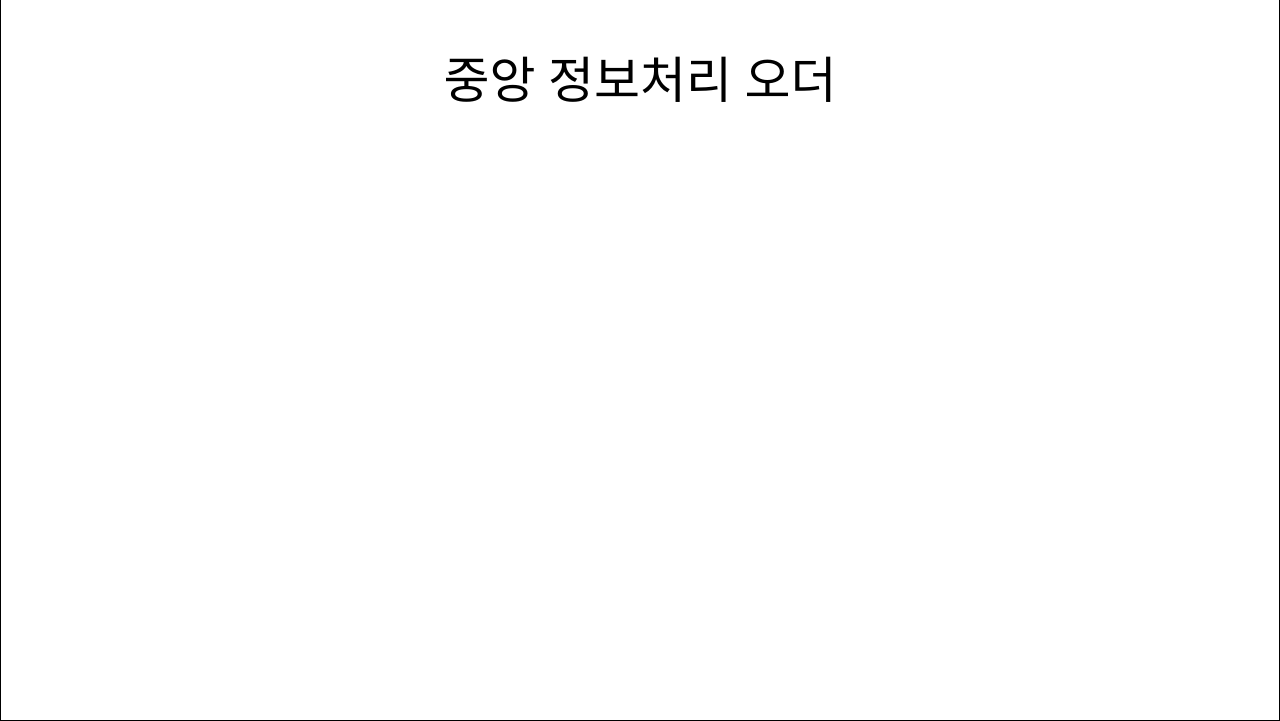
Repository: Devhyeongseon/Academy_Jsp
Page: http://localhost/J_ORDER/home.jsp
An editor plug-in stored every save of this project. The page is shown before and after the next save, followed by the edit.
The browser window is 1280 px wide. The pictures show the whole page.
The page is served by Tomcat 9. Other server files are loaded and not shown.

Above is the page before, as saved 2024-01-08 08:01:30.

### J_ORDER/src/main/webapp/home.jsp
<%@ page language="java" contentType="text/html; charset=UTF-8"
	pageEncoding="UTF-8"%>
<%@ include file="include/header.jsp" %>
	<div class="brand">중앙 정보처리 오더</div>
	<div class="custom-box"></div>

</body>
</html>

### J_ORDER/src/main/webapp/include/header.jsp

<%@ taglib prefix="c" uri="http://java.sun.com/jsp/jstl/core"%>
<%@ page language="java" contentType="text/html; charset=UTF-8"
	pageEncoding="UTF-8"%>
<!DOCTYPE html>
<html lang="en">



<head>
<meta charset="UTF-8">
<meta name="viewport" content="width=device-width, initial-scale=1.0">
<style>
body, html {
	margin: 0;
	padding: 0;
	display: flex;
	align-items: center;
	justify-content: center;
	width: 100vw;
	height: 100vh;
	background-size: cover;
	background-repeat: no-repeat;
	background-position: center;
	background-color: #f0f0f0;
}

.custom-box {
	width: 1280px;
	height: 720px;
	background-color: #ffffff;
	border: 1px solid #000000;
}

.brand {
	position: fixed;
	top: 10px;
	left: 50%;
	transform: translateX(-50%);
	background-color: color: #fff;
	padding: 10px;
	width: 500px; /* 필요에 따라 너비를 조절하세요. */
	text-align: center;
	font-size: 50px;
	margin-top: 20px;
}

.login-container {
	position: fixed;
	top: 50%;
	left: 50%;
	transform: translate(-50%, -50%);
	background-color: rgba(255, 255, 255, 0.8); /* 투명한 백그라운드 색상 */
	padding: 20px;
	text-align: center;
}

.login-form {
	max-width: 300px;
	margin: 0 auto;
}

.login-form input {
	width: 100%;
	padding: 10px;
	margin-bottom: 10px;
	box-sizing: border-box;
}

.login-form button {
	width: 100%;
	padding: 10px;
	background-color: #3498db;
	color: #fff;
	border: none;
	cursor: pointer;
}

.login-form button:hover {
	background-color: #2980b9;
}
</style>
<title>제이오더 입니다.</title>
</head>
<body background="img/bg.png">

After the next save:
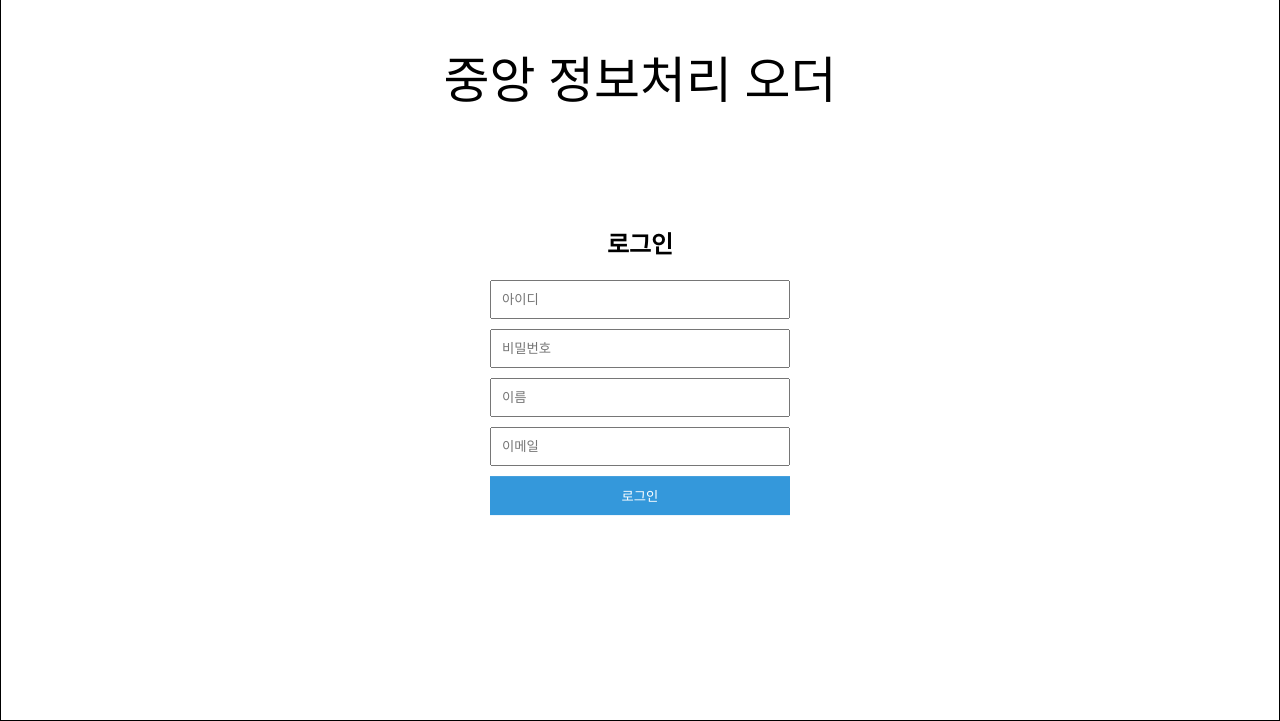
Saved 30 s later.
--- a/J_ORDER/src/main/webapp/home.jsp
+++ b/J_ORDER/src/main/webapp/home.jsp
@@ -3,6 +3,16 @@
 <%@ include file="include/header.jsp" %>
 	<div class="brand">중앙 정보처리 오더</div>
 	<div class="custom-box"></div>
+	<div class="login-container">
+    <h2>로그인</h2>
+    <form class="login-form">
+        <input type="text" placeholder="아이디" required>
+        <input type="password" placeholder="비밀번호" required>
+        <input type="text" placeholder="이름" required>
+        <input type="email" placeholder="이메일" required>
+        <button type="submit">로그인</button>
+    </form>
+</div>
 
 </body>
 </html>
